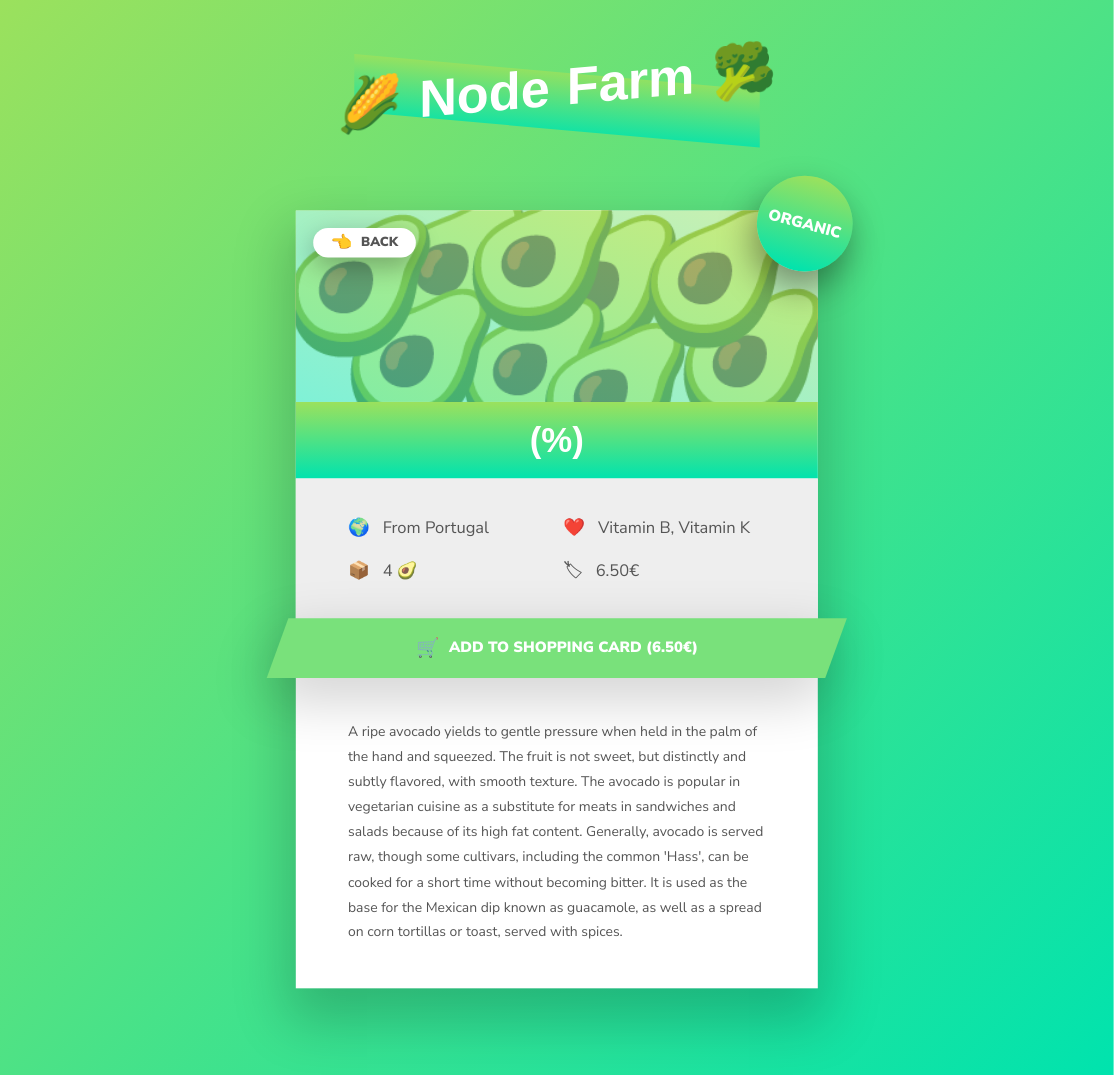
Repository: smit1298/complete-node-bootcamp
Page: node-farm/starter/templates/product.html
An editor plug-in stored every save of this project. The page is shown before and after the next save, followed by the edit.
The browser window is 1280 px wide. The pictures show the whole page, at 87% of full size.
Some web fonts or font styles are not loaded; a fallback is used.

Above is the page before, as saved 2021-07-21 12:58:31.

### node-farm/starter/templates/product.html
<!DOCTYPE html>
<html lang="en">
  <head>
    <meta charset="UTF-8" />
    <meta name="viewport" content="width=device-width, initial-scale=1.0" />
    <meta http-equiv="X-UA-Compatible" content="ie=edge" />
    <link
      href="https://fonts.googleapis.com/css?family=Megrim|Nunito+Sans:400,900"
      rel="stylesheet"
    />
    <link
      rel="icon"
      href="https://emojipedia-us.s3.dualstack.us-west-1.amazonaws.com/thumbs/240/apple/155/ear-of-maize_1f33d.png"
    />

    <title>Fresh Avocados 🥑 /// NODE FARM</title>

    <style>
      *,
      *::before,
      *::after {
        margin: 0;
        padding: 0;
        box-sizing: inherit;
      }

      html {
        font-size: 62.5%;
        box-sizing: border-box;
      }

      body {
        padding: 5rem 5rem 10rem;
        line-height: 1.7;
        font-family: 'Nunito Sans', sans-serif;
        color: #555;
        min-height: 100vh;
        background: linear-gradient(to bottom right, #9be15d, #00e3ae);
      }

      h1 {
        font-family: 'Megrim', sans-serif;
        font-size: 6rem;
        color: white;
        transform: skewY(-5deg);
        text-align: center;
        position: relative;
        word-spacing: 3px;
      }

      h1::before {
        content: '';
        display: block;
        height: 65%;
        width: 49%;
        position: absolute;
        top: 105%;
        left: 50%;
        background: linear-gradient(to bottom, #9be15d, #00e3ae);
        opacity: 0.8;
        z-index: -1;
        transform: skewY(370deg) translate(-50%, -50%);
      }

      .container {
        width: 95rem;
        margin: 0 auto;
      }

      .product {
        width: 60rem;
        margin: 0 auto;
        margin-top: 9rem;
        background: white;
        box-shadow: 0 3rem 6rem 1rem rgba(0, 0, 0, 0.2);
        position: relative;
      }

      .product__hero {
        position: relative;
        height: 22rem;
        overflow: hidden;
      }

      .product__hero::before {
        content: '';
        display: block;
        height: 100%;
        width: 100%;
        position: absolute;
        top: 0;
        left: 0;
        background-image: linear-gradient(to left bottom, #9be15d, #00e3ae);
        opacity: 0.5;
        z-index: 100;
      }

      .product__emoji {
        font-size: 15rem;
        position: absolute;
      }

      .product__emoji--1 {
        top: -4rem;
        left: -2rem;
        z-index: 10;
      }

      .product__emoji--2 {
        top: -6rem;
        left: 9rem;
      }

      .product__emoji--3 {
        top: -4rem;
        right: 15rem;
      }

      .product__emoji--4 {
        top: -5rem;
        right: 2rem;
        z-index: 10;
      }

      .product__emoji--5 {
        bottom: -9rem;
        left: 18rem;
      }

      .product__emoji--6 {
        bottom: -8rem;
        left: 5rem;
      }

      .product__emoji--7 {
        bottom: -12rem;
        right: 14rem;
      }

      .product__emoji--8 {
        bottom: -8rem;
        right: -2rem;
      }

      .product__emoji--9 {
        top: -7rem;
        left: 19rem;
      }

      .product__organic {
        position: absolute;
        top: -4rem;
        right: -4rem;
        z-index: 1000;
        height: 11rem;
        width: 11rem;
        background-image: linear-gradient(to bottom, #9be15d, #00e3ae);
        border-radius: 50%;
        transform: rotate(15deg);
        box-shadow: 0 2rem 4rem rgba(0, 0, 0, 0.4);
        display: flex;
        align-items: center;
        justify-content: center;
      }

      .product__organic h5 {
        font-weight: 900;
        text-transform: uppercase;
        font-size: 1.8rem;
        color: white;
      }

      .product__back:link,
      .product__back:visited {
        position: absolute;
        top: 2rem;
        left: 2rem;
        font-size: 1.5rem;
        font-weight: 700;
        text-transform: uppercase;
        text-decoration: none;
        z-index: 1000;
        color: #555;
        background-color: white;
        box-shadow: 0 1rem 3rem rgba(0, 0, 0, 0.3);
        border-radius: 100rem;
        padding: 0 2rem;
        transition: all 0.3s;
        display: flex;
        align-items: center;
      }

      .product__back:hover,
      .product__back:active {
        background-color: #79e17b;
      }

      .product__name {
        background: linear-gradient(to bottom, #9be15d, #00e3ae);
        padding: 1rem;
        font-family: 'Megrim', sans-serif;
        font-size: 4rem;
        color: white;
        text-align: center;
        word-spacing: 2px;
      }

      .product__details {
        background-color: #eee;
        padding: 4rem 6rem;
        font-size: 1.9rem;
        display: grid;
        grid-template-columns: 1fr 1fr;
        grid-gap: 1.5rem;
      }

      .product__description {
        padding: 5rem 6rem;
        font-size: 1.6rem;
        line-height: 1.8;
      }

      .product__link:link,
      .product__link:visited {
        display: block;
        background-color: #79e17b;
        color: white;
        font-size: 1.6rem;
        font-weight: 700;
        text-transform: uppercase;
        text-decoration: none;
        padding: 1.5rem;
        text-align: center;
        transform: scale(1.07) skewX(-20deg);
        box-shadow: 0 2rem 6rem rgba(0, 0, 0, 0.2);
        display: flex;
        align-items: center;
        justify-content: center;
        transition: all 0.3s;
      }

      .product__link:hover,
      .product__link:active {
        background-color: #9be15d;
        transform: scale(1.1) skewX(-20deg);
      }

      .product__link span {
        transform: skewX(20deg);
      }

      .emoji-left {
        font-size: 2rem;
        margin-right: 1rem;
      }

      .emoji-right {
        font-size: 2rem;
        margin-left: 1rem;
      }

      .not-organic {
        display: none;
      }
    </style>
  </head>

  <body>
    <div class="container">
      <h1>🌽 Node Farm 🥦</h1>

      <figure class="product">
        <div class="product__organic"><h5>Organic</h5></div>
        <a href="#" class="product__back">
          <span class="emoji-left">👈</span>Back
        </a>
        <div class="product__hero">
          <span class="product__emoji product__emoji--1">🥑</span>
          <span class="product__emoji product__emoji--2">🥑</span>
          <span class="product__emoji product__emoji--3">🥑</span>
          <span class="product__emoji product__emoji--4">🥑</span>
          <span class="product__emoji product__emoji--5">🥑</span>
          <span class="product__emoji product__emoji--6">🥑</span>
          <span class="product__emoji product__emoji--7">🥑</span>
          <span class="product__emoji product__emoji--8">🥑</span>
          <span class="product__emoji product__emoji--9">🥑</span>
        </div>
        <h2 class="product__name">(%)</h2>
        <div class="product__details">
          <p><span class="emoji-left">🌍</span> From Portugal</p>
          <p><span class="emoji-left">❤️</span> Vitamin B, Vitamin K</p>
          <p><span class="emoji-left">📦</span> 4 🥑</p>
          <p><span class="emoji-left">🏷</span> 6.50€</p>
        </div>

        <a href="#" class="product__link">
          <span class="emoji-left">🛒</span>
          <span>Add to shopping card (6.50€)</span>
        </a>

        <p class="product__description">
          A ripe avocado yields to gentle pressure when held in the palm of the
          hand and squeezed. The fruit is not sweet, but distinctly and subtly
          flavored, with smooth texture. The avocado is popular in vegetarian
          cuisine as a substitute for meats in sandwiches and salads because of
          its high fat content. Generally, avocado is served raw, though some
          cultivars, including the common 'Hass', can be cooked for a short time
          without becoming bitter. It is used as the base for the Mexican dip
          known as guacamole, as well as a spread on corn tortillas or toast,
          served with spices.
        </p>
      </figure>

    </div>
  </body>
</html>

After the next save:
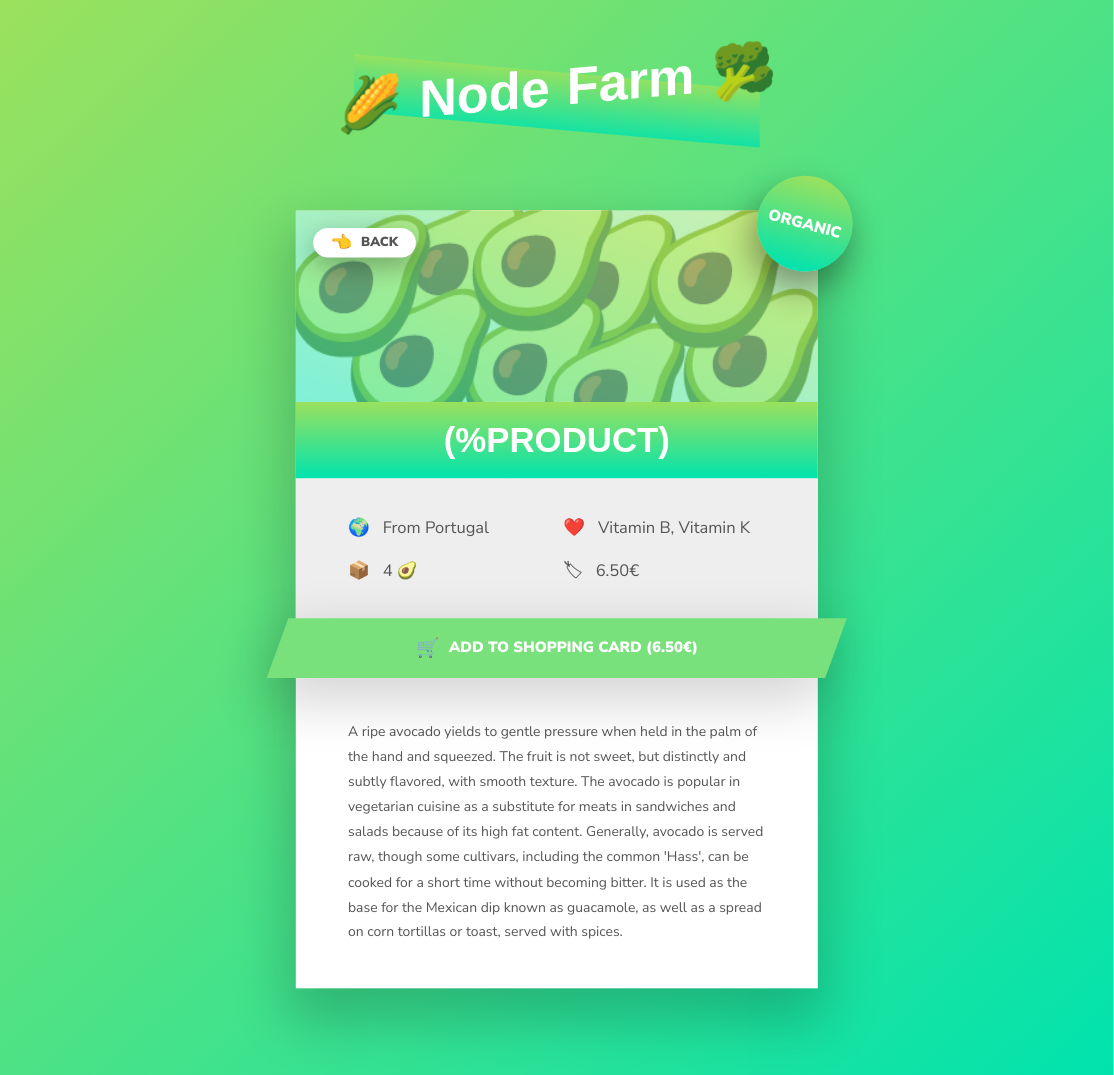
Saved 7 s later.
--- a/node-farm/starter/templates/product.html
+++ b/node-farm/starter/templates/product.html
@@ -285,7 +285,7 @@
           <span class="product__emoji product__emoji--8">🥑</span>
           <span class="product__emoji product__emoji--9">🥑</span>
         </div>
-        <h2 class="product__name">(%)</h2>
+        <h2 class="product__name">(%PRODUCT)</h2>
         <div class="product__details">
           <p><span class="emoji-left">🌍</span> From Portugal</p>
           <p><span class="emoji-left">❤️</span> Vitamin B, Vitamin K</p>
